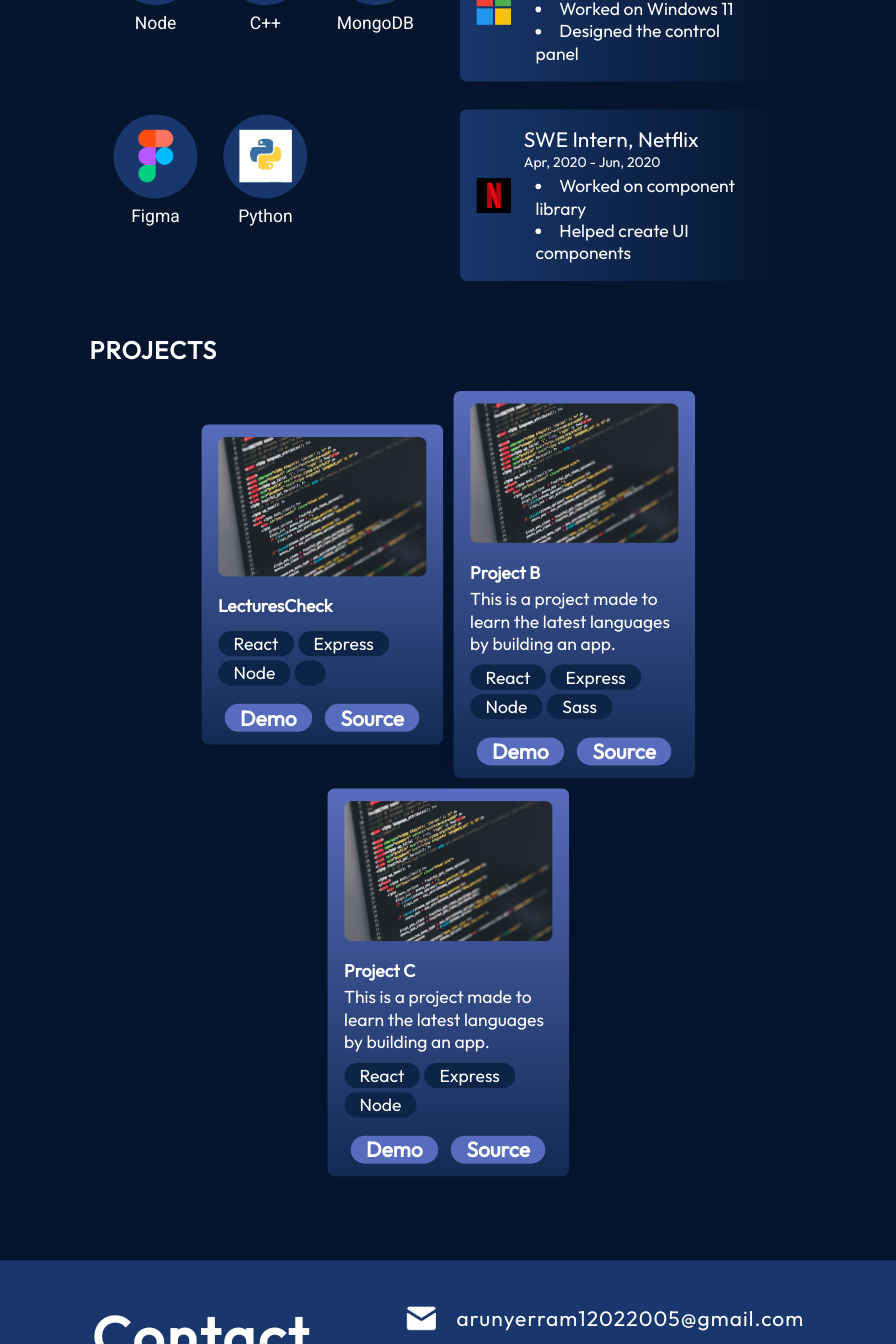
Repository: ARUN-YERRAM/Arun-Yerram-s-Portfolio-Website
Page: /
These files come from the project's save history. The page is drawn as it stood at one moment and after the next save; the edit follows.
The browser window is 1280 px wide. The pictures show the part of the page from y = 2119 to 4039 px (the page is 4237 px tall), at 70% of full size.
The project was rebuilt for these pictures with package versions that can differ from the ones it lists, and the page was loaded fresh each time. Also part of the build but not shown: vite.config.js.

Above is the page before, as saved 2024-06-25 15:20:17.

After the next save:
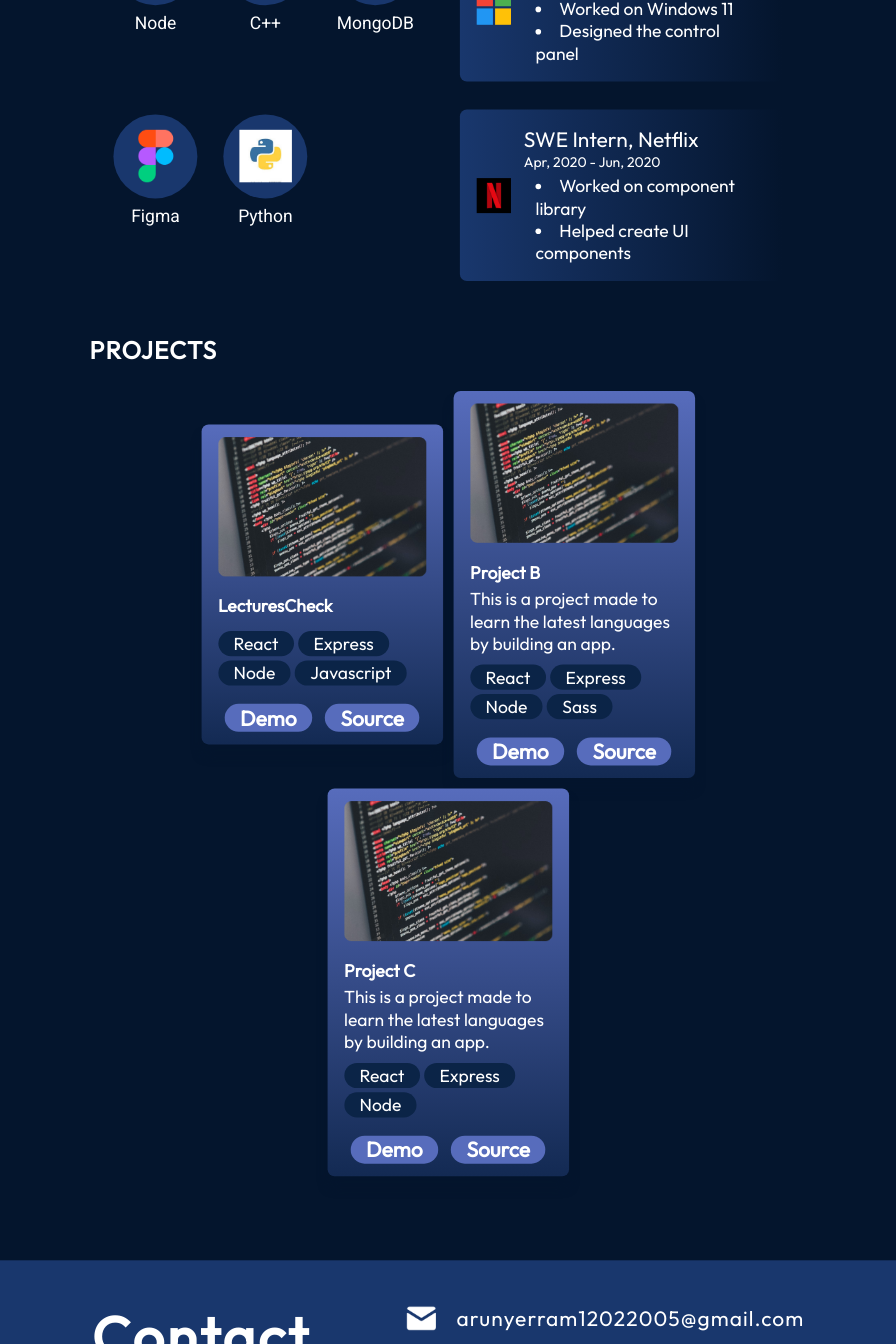
Saved 4 s later.
--- a/src/data/projects.json
+++ b/src/data/projects.json
@@ -3,7 +3,7 @@
     "title": "LecturesCheck",
     "imageSrc": "projects/project.png",
     "description": "",
-    "skills": ["React", "Express", "Node",""],
+    "skills": ["React", "Express", "Node","Javascript"],
     "demo": "https://www.example.com",
     "source": "https://www.github.com"
   },
